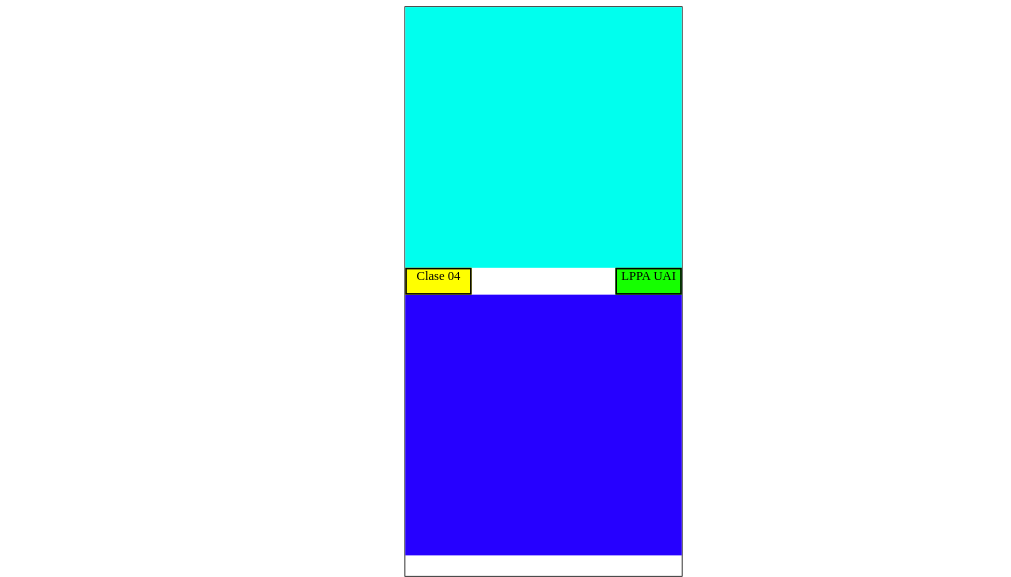
Repository: Divineridh/LPPAChallenges
Page: Trabajos en Clase/ejercicio clase 04-2/index.html
The author's editor kept a copy of each file at every save. The page is drawn from the files as they stood at one save, then again after the next save.
The browser window is 1280 px wide. The pictures show the whole page, at 79% of full size.

Above is the page before, as saved 2022-04-26 21:02:37.

### Trabajos en Clase/ejercicio clase 04-2/index.html
<!DOCTYPE html>
<html lang="en">
<head>
    <meta charset="UTF-8">
    <meta http-equiv="X-UA-Compatible" content="IE=edge">
    <meta name="viewport" content="width=device-width, initial-scale=1.0">
    <link href="/styles.css" rel="stylesheet">
    <title>Document</title>
</head>
<body>
    <div class="container">
        <div class="square1 squares">

        </div>
        <div class="mini1 minis">
            Clase 04
        </div>
        <div class="mini2 minis">
            LPPA UAI
        </div>
        <div class="square2 squares">

        </div>
    </div>
</body>
</html>

### Trabajos en Clase/ejercicio clase 04-2/styles.css
.container {
    width: 350px;
    height: 100%;
    left: 40%;
    position: absolute;
    border: solid black 1px;
}

.square1 {
    background-color: #00ffee;
}

.square2 {
    background-color: #2600ff;
}

.squares {
    display: relative;
    width: 350px;
    height: 330px;
}

.mini1 {
    background-color: #ffff00;
}

.mini2 {
    background-color: #15ff00;
    float: right;
}

.minis {
    display: inline-block;
    border: solid black 2px;
    width: 80px;
    height: 30px;
    text-align: center;
}

After the next save:
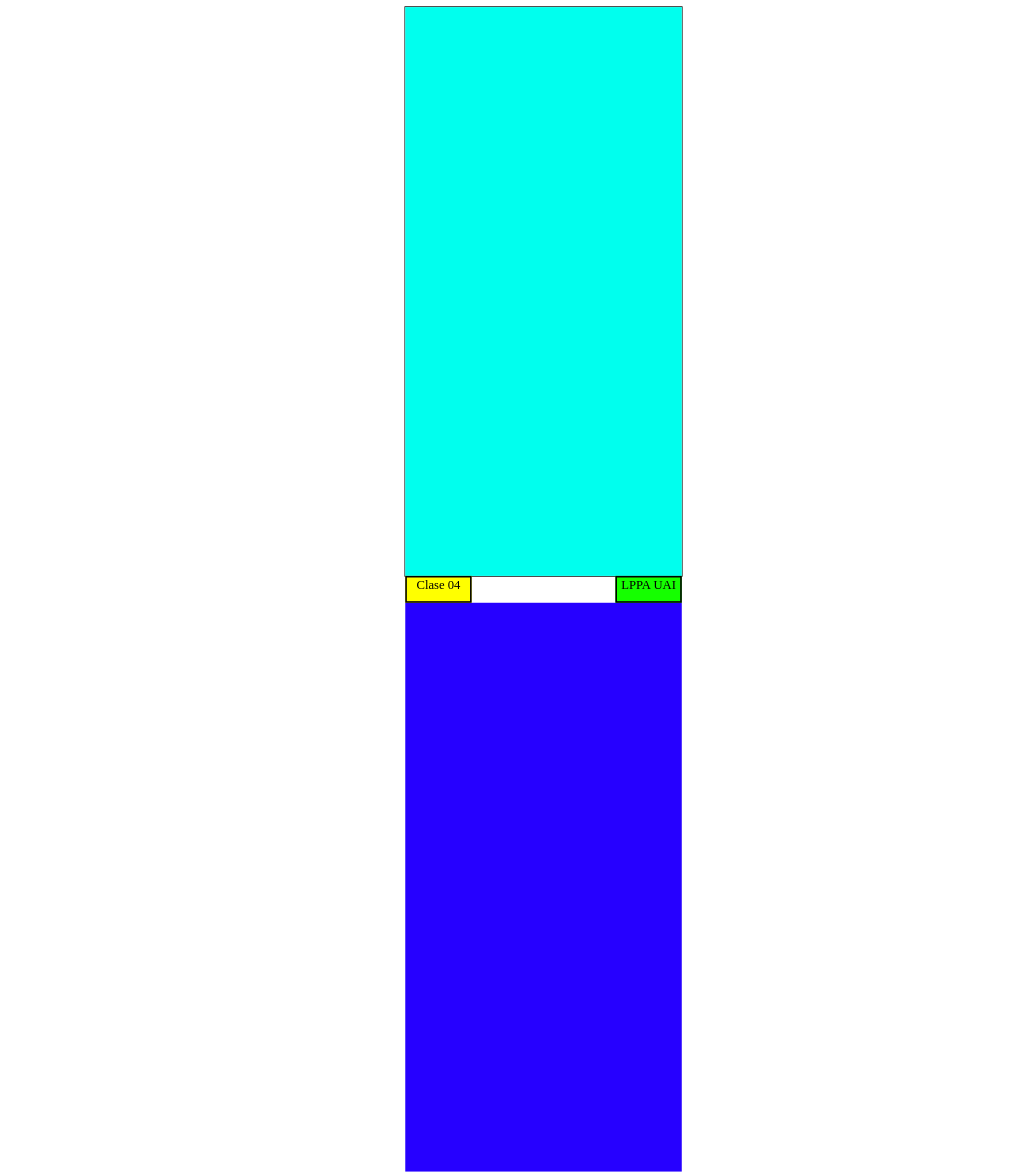
Saved 17 s later.
--- a/Trabajos en Clase/ejercicio clase 04-2/styles.css
+++ b/Trabajos en Clase/ejercicio clase 04-2/styles.css
@@ -17,7 +17,7 @@
 .squares {
     display: relative;
     width: 350px;
-    height: 330px;
+    height: 100%;
 }
 
 .mini1 {
